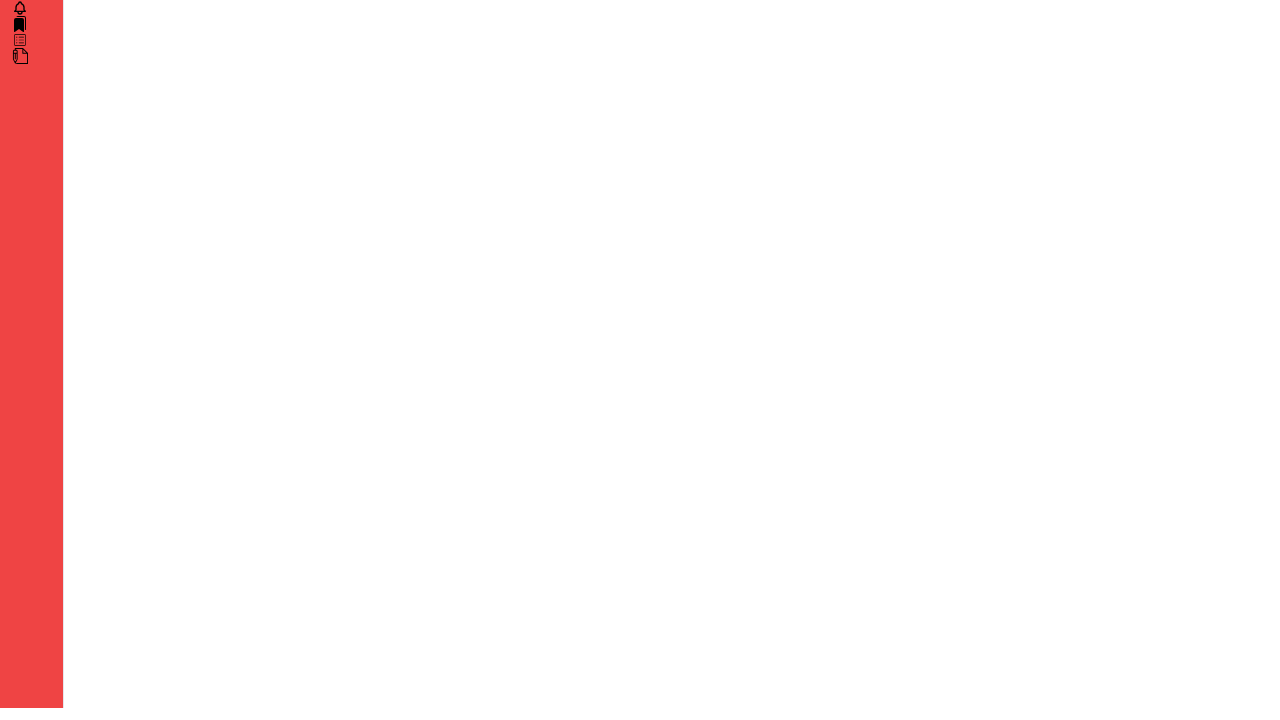
Repository: hisreal123/yt-build
Page: /Components/Menu
These files come from the project's save history. The page is drawn as it stood at one moment and after the next save; the edit follows.
The browser window is 1280 px wide. The pictures show the whole page.
The project was rebuilt for these pictures with package versions that can differ from the ones it lists, and the page was loaded fresh each time. The framework's server and built-in components were replaced by stand-ins that run in the browser. Also part of the build but not shown: next.config.js.

Above is the page before, as saved 2022-11-12 01:26:57.

After the next save:
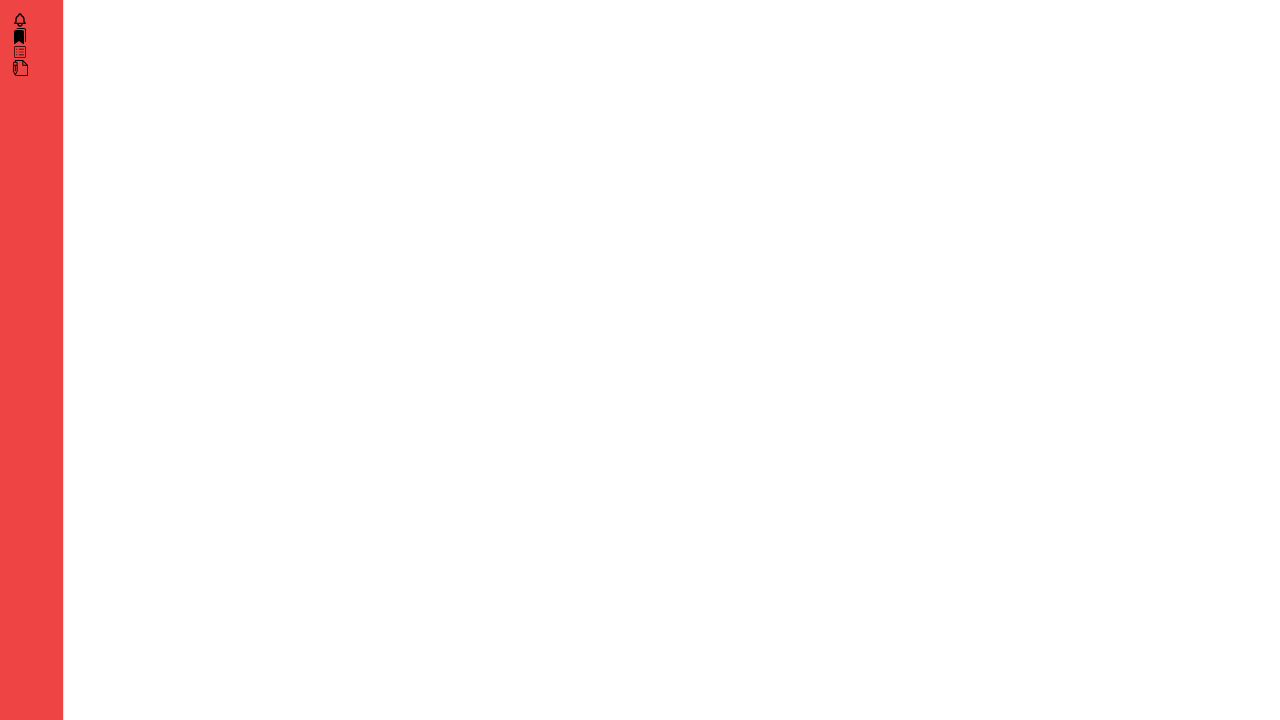
Saved 10 s later.
--- a/pages/Components/Menu.tsx
+++ b/pages/Components/Menu.tsx
@@ -9,7 +9,7 @@
 
 function Menu() {
   return (
-    <div className="p-3 border-r lg:h-screen lg:w-auto sm:w-screen fixed bottom-3 bg-red-500 z-20 w-full lg:min-w-[5%]">
+    <div className="p-3 border-r lg:h-screen lg:w-auto sm:w-screen fixed bottom-0 bg-red-500 z-20 w-full lg:min-w-[5%]">
       <SlHome className="lg:hidden" />
       <CiSearch className=" lg:hidden" />
       <CgProfile className=" lg:hidden" />
